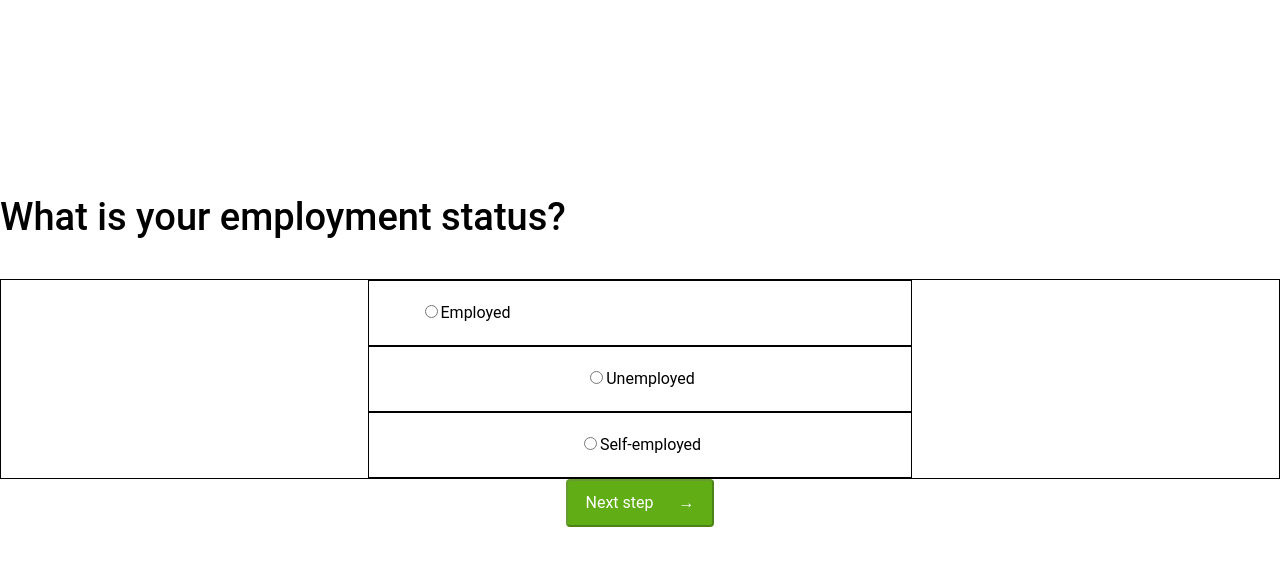
Repository: andbilous/task-survey
Page: /employment-status
These files come from the project's save history. The page is drawn as it stood at one moment and after the next save; the edit follows.
The browser window is 1280 px wide. The pictures show the whole page.
The project was rebuilt for these pictures with package versions that can differ from the ones it lists, and the page was loaded fresh each time. Also part of the build but not shown: src/pages/FillingStatus.jsx, src/pages/Proprietorships.jsx, src/pages/Score.jsx.

Above is the page before, as saved 2020-06-18 16:51:57.

After the next save:
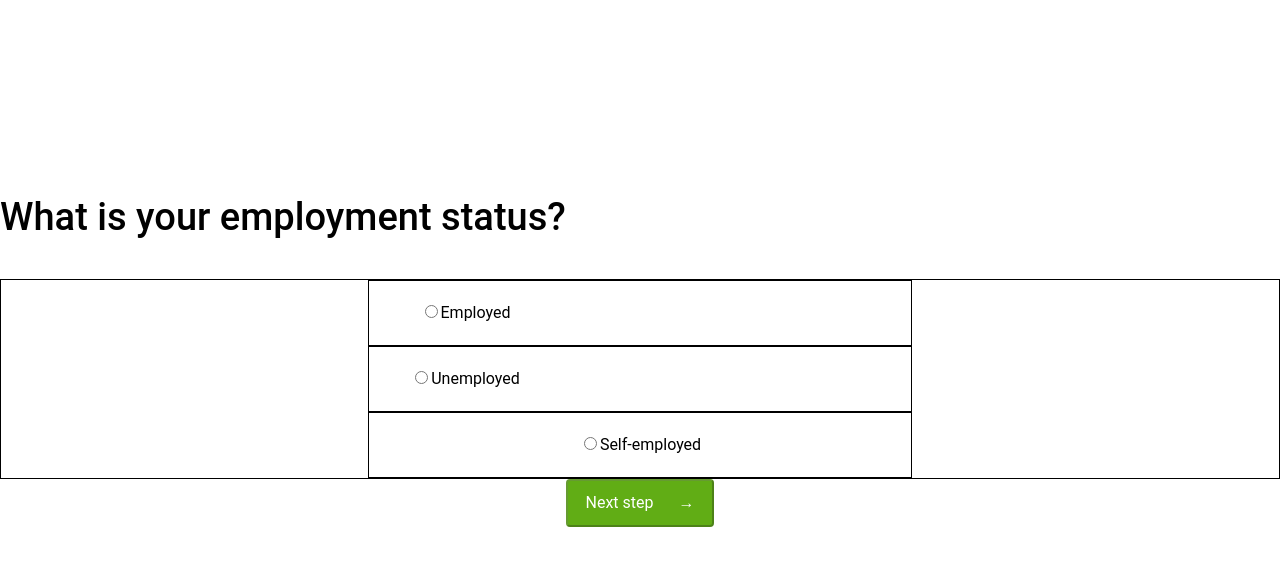
Saved 10 s later.
--- a/src/pages/EmploymentStatus.jsx
+++ b/src/pages/EmploymentStatus.jsx
@@ -41,7 +41,7 @@ const EmploymentStatusPage = ({ setEmploymentStatus }) => {
             />
             Employed
           </label>
-          <label className="list-item" >
+          <label className="list-item" style={{paddingRight: '350px'}}>
             <input
               onClick={() => handleChange("Unemployed")}
               name="1"
